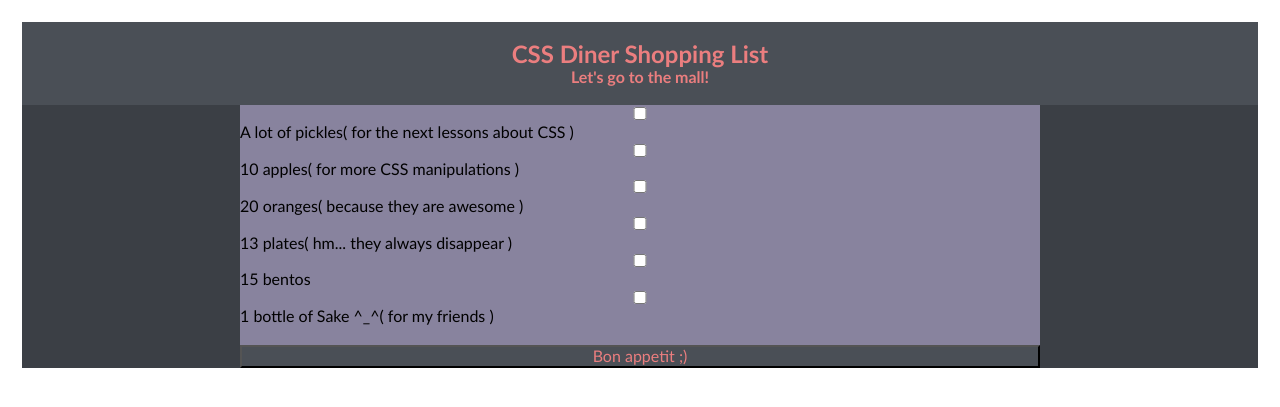
Repository: shpakovskaya/github.io
Page: selector css/shopping list/index.html
The author's editor kept a copy of each file at every save. The page is drawn from the files as they stood at one save, then again after the next save.
The browser window is 1280 px wide. The pictures show the whole page.

Above is the page before, as saved 2021-11-05 21:19:37.

After the next save:
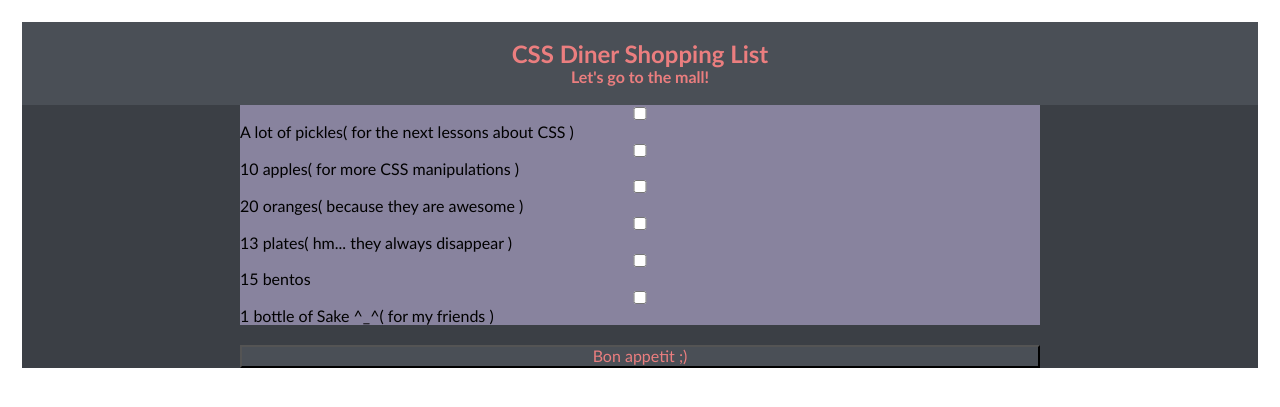
Saved 114 min 36 s later.
--- a/selector css/shopping list/style.css
+++ b/selector css/shopping list/style.css
@@ -74,7 +74,7 @@
 }
 
 .submit {
-  margin-top: 20px;
+  padding-top: 20px;
   background-color: #3b3f45;
   display: flex;
   justify-content: center;
